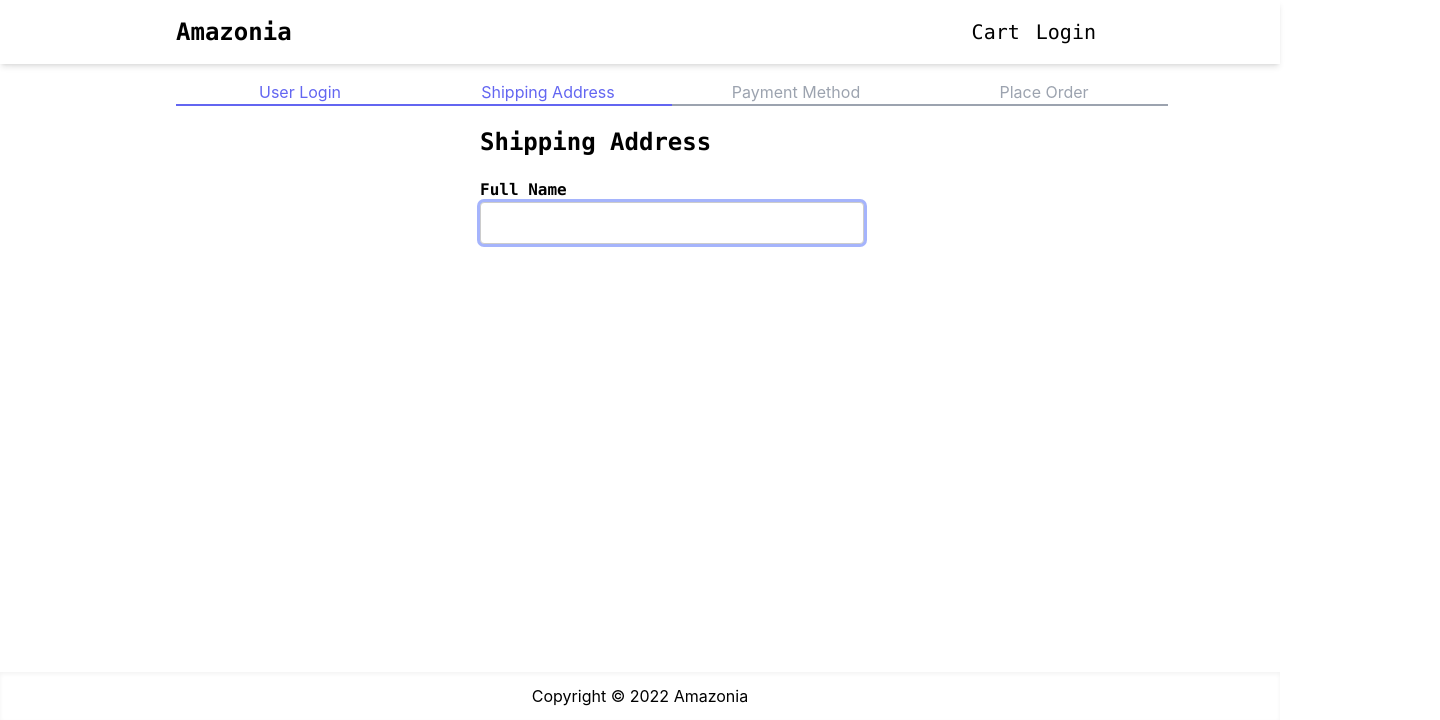
Repository: chidieb11/shop
Page: /shipping
The author's editor kept a copy of each file at every save. The page is drawn from the files as they stood at one save, then again after a run of saves.
The browser window is 1280 px wide. The page is 1440 px wide, so the pictures cover 1440 px, including what lies to the right of the window. The pictures show the whole page.
The page's requests for data from a server got no answer. The project was rebuilt for these pictures with package versions that can differ from the ones it lists, and the page was loaded fresh each time. The framework's server and built-in components were replaced by stand-ins that run in the browser. No one was signed in, and anything a server would have sent is missing. Also part of the build but not shown: next.config.js, components/DropdownLink.js.

Above is the page before, as saved 2022-06-28 22:12:00.

After the next 3 saves:
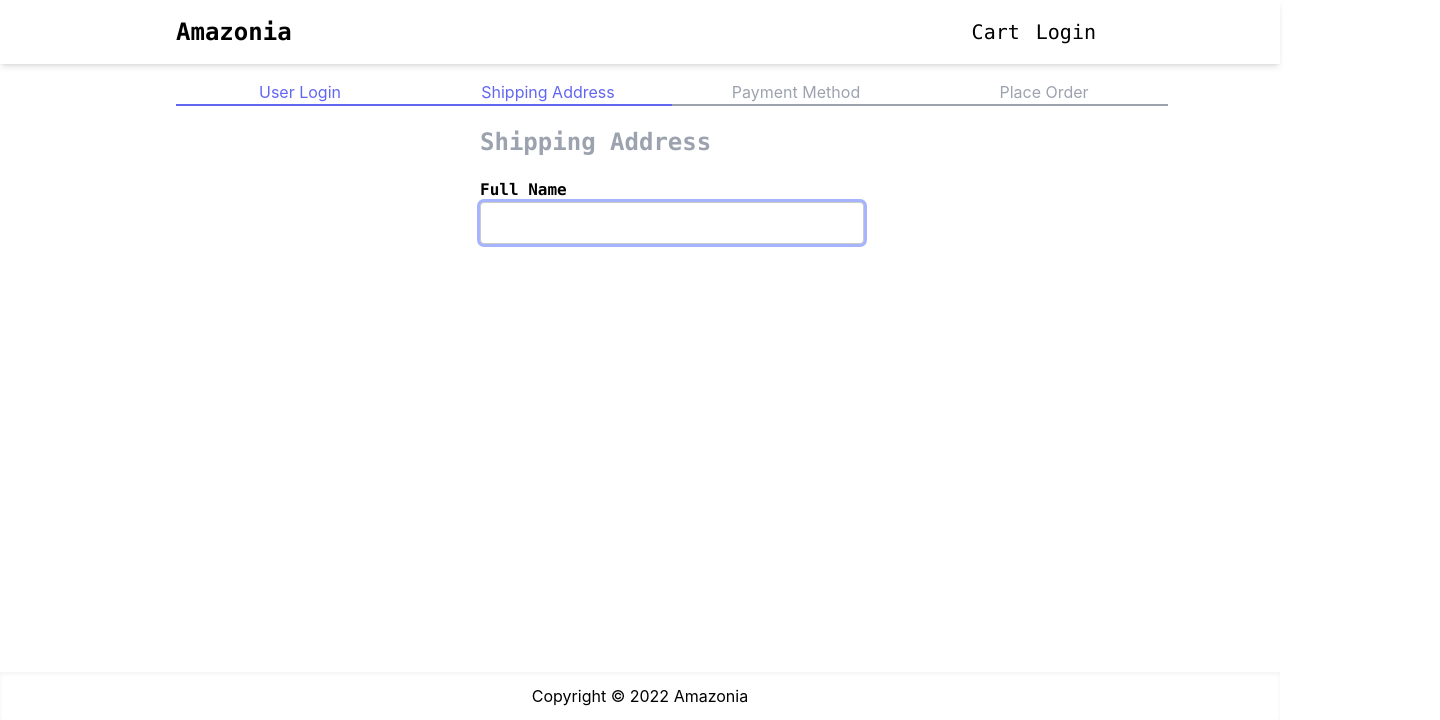
The 3 saves are shown as one change because they came seconds apart.
The last was saved 15 s later.
--- a/pages/shipping.js
+++ b/pages/shipping.js
@@ -16,7 +16,7 @@
       <CheckoutWizard activeStep={1} />
 
       <form className="mx-auto max-w-screen-sm">
-        <h1 className="capitalize mb-5 text-2xl text-gra font-bold font-mono">
+        <h1 className="capitalize mb-5 text-2xl text-gray-400 font-bold font-mono">
           shipping address
         </h1>
         <div className="mb-4 flex flex-col">

After the save that followed:
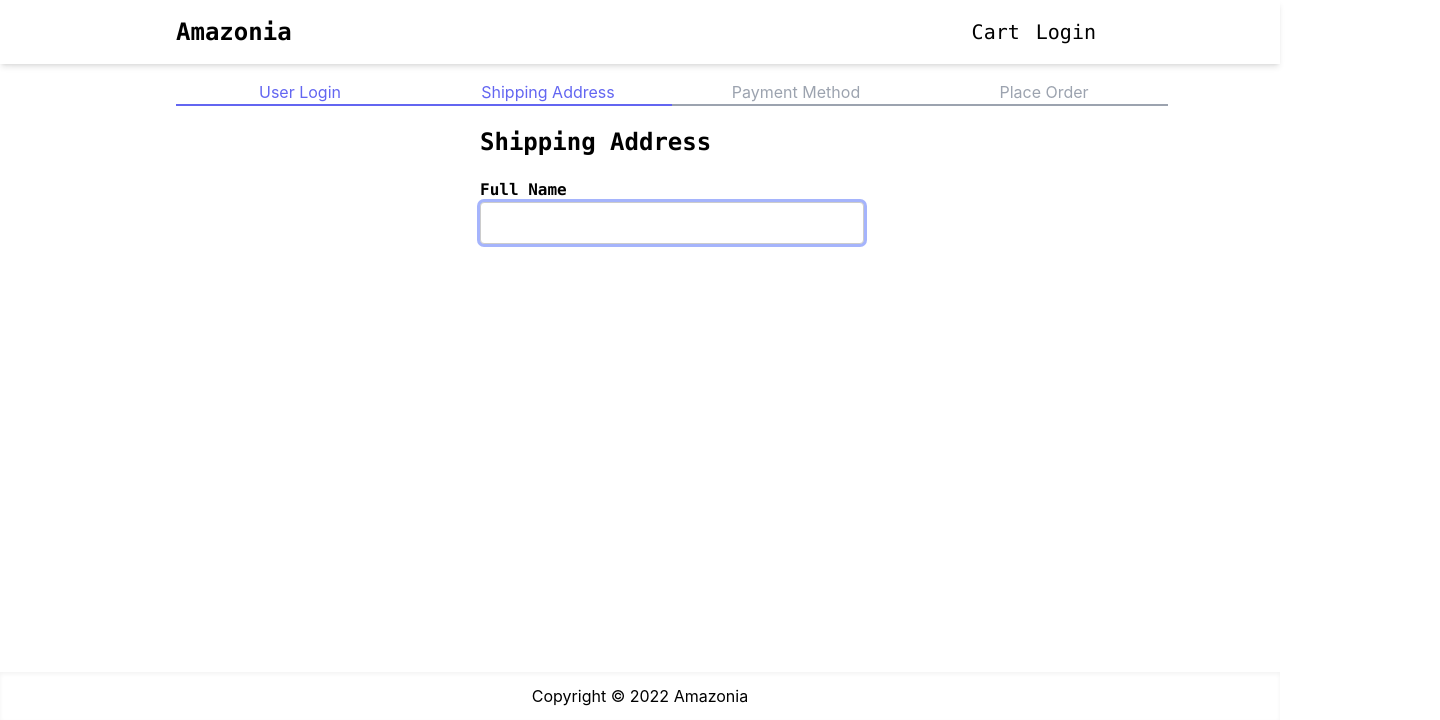
Saved 9 s later.
--- a/pages/shipping.js
+++ b/pages/shipping.js
@@ -16,7 +16,7 @@
       <CheckoutWizard activeStep={1} />
 
       <form className="mx-auto max-w-screen-sm">
-        <h1 className="capitalize mb-5 text-2xl text-gray-400 font-bold font-mono">
+        <h1 className="capitalize mb-5 text-2xl font-bold font-mono">
           shipping address
         </h1>
         <div className="mb-4 flex flex-col">
